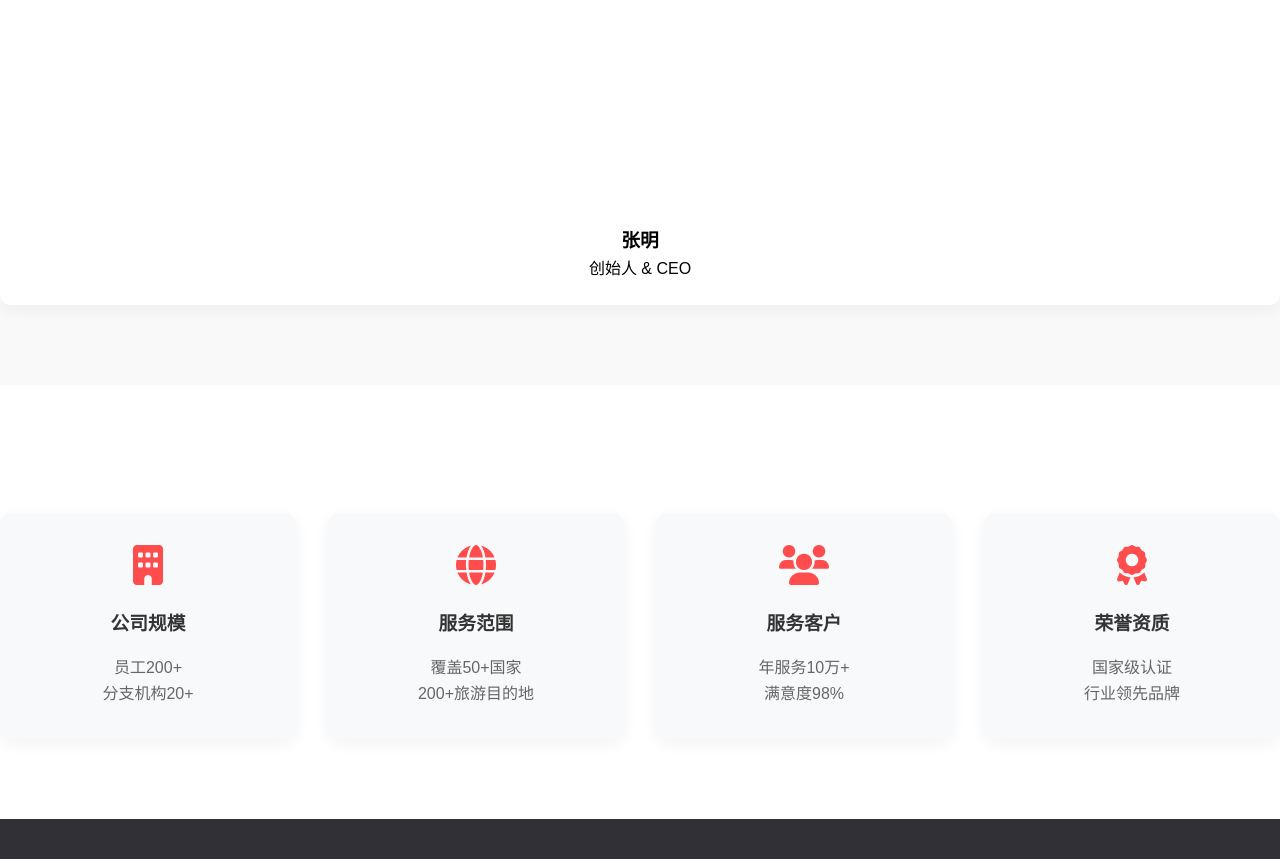
Repository: huang-heavenly-Emperor/travel_1
Page: pages/about.html
The author's editor kept a copy of each file at every save. The page is drawn from the files as they stood at one save, then again after the next save.
The browser window is 1280 px wide. The pictures show the part of the page from y = 1777 to 2729 px (the page is 2636 px tall before and 2729 px after).
A picture or video elsewhere on the page could not be fetched, so the positions and the page height are approximate.

Above is the page before, as saved 2024-11-18 02:32:47.

After the next save:
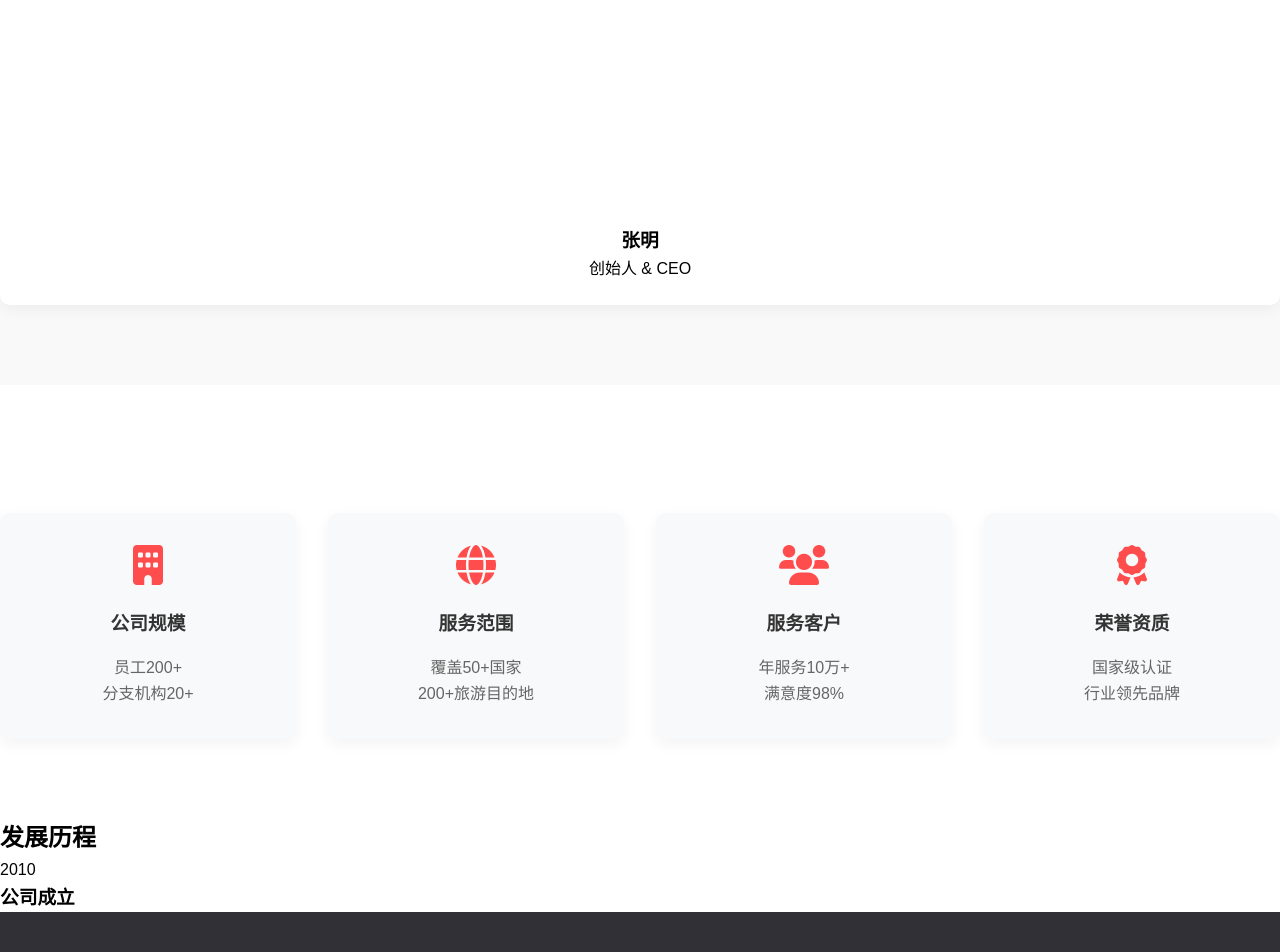
Saved 7 s later.
--- a/pages/about.html
+++ b/pages/about.html
@@ -133,6 +133,15 @@
         </div>
     </section>
 
+    <!-- 发展历程部分 -->
+    <section class="history-timeline">
+        <div class="container">
+            <h2>发展历程</h2>
+            <div class="timeline">
+                <div class="timeline-item">
+                    <div class="year">2010</div>
+                    <div class="content">
+                        <h3>公司成立</h3>
     <!-- 页脚 -->
     <footer class="footer">
         <!-- 与首页相同的页脚结构 -->
